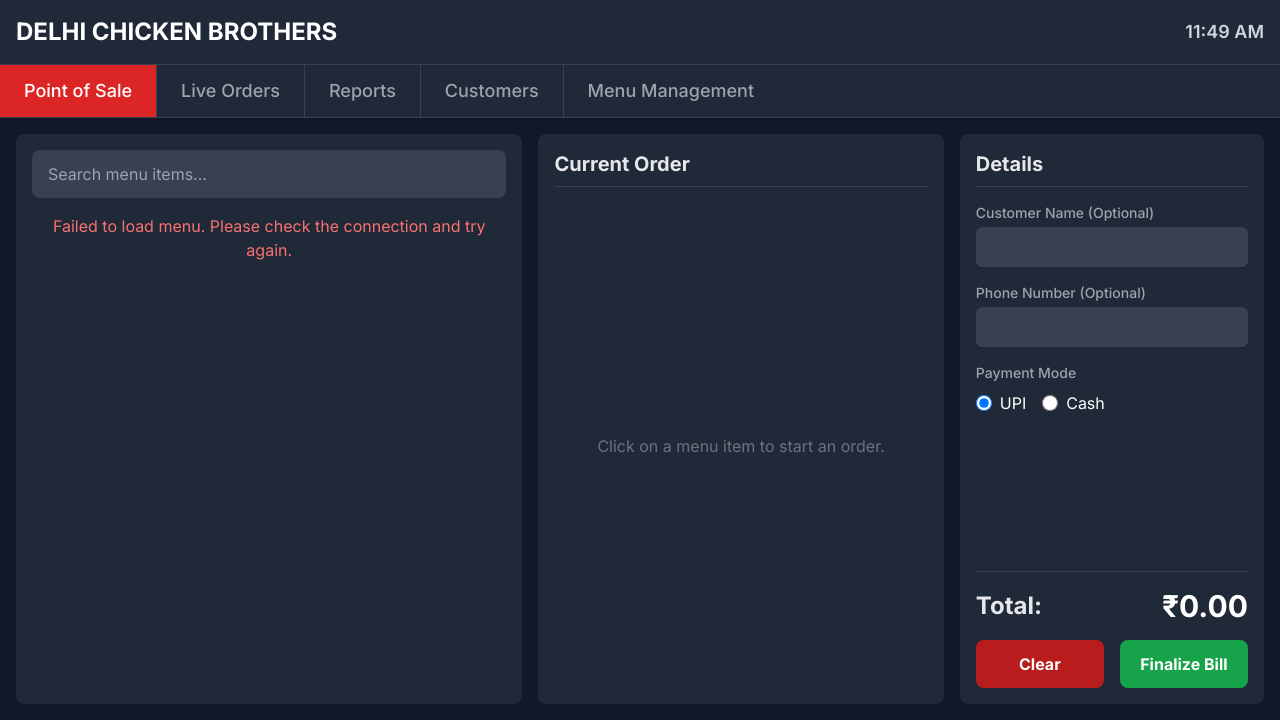
Repository: roydigital/dcb-pos-app
Page: index.html
These files come from the project's save history. The page is drawn as it stood at one moment and after a run of saves; the edit follows.
The browser window is 1280 px wide. The pictures show the whole page.
The page's requests for data from a server got no answer. Some web libraries are served in a nearby version.

Above is the page before, as saved 2025-09-18 15:45:14.

### index.html
<!DOCTYPE html>
<html lang="en">
<head>
    <meta charset="UTF-8">
    <meta name="viewport" content="width=device-width, initial-scale=1.0">
    <title>Delhi Chicken Brothers - POS</title>
    <script src="https://cdn.tailwindcss.com"></script>
    <link rel="preconnect" href="https://fonts.googleapis.com">
    <link rel="preconnect" href="https://fonts.gstatic.com" crossorigin>
    <link href="https://fonts.googleapis.com/css2?family=Inter:wght@400;500;600;700&display=swap" rel="stylesheet">
    <style>
        body {
            font-family: 'Inter', sans-serif;
        }
    </style>
</head>
<body class="bg-gray-900 text-gray-200">
    <div class="flex flex-col h-screen">
        <!-- Header -->
        <header class="bg-gray-800 p-4 flex justify-between items-center shadow-md">
            <h1 class="text-2xl font-bold text-white">DELHI CHICKEN BROTHERS</h1>
            <div id="current-time" class="text-lg font-semibold text-gray-300">11:46 AM</div>
        </header>

        <!-- Navigation Bar -->
        <nav class="bg-gray-800 border-t border-b border-gray-700">
            <div class="flex">
                <a href="index.html" class="px-6 py-3 text-lg font-medium bg-red-600 text-white border-r border-gray-700">Point of Sale</a>
                <a href="live-orders.html" class="px-6 py-3 text-lg font-medium text-gray-400 hover:bg-gray-700 border-r border-gray-700">Live Orders</a>
                <a href="reports.html" class="px-6 py-3 text-lg font-medium text-gray-400 hover:bg-gray-700 border-r border-gray-700">Reports</a>
                <a href="customers.html" class="px-6 py-3 text-lg font-medium text-gray-400 hover:bg-gray-700 border-r border-gray-700">Customers</a>
                <a href="menu-management.html" class="px-6 py-3 text-lg font-medium text-gray-400 hover:bg-gray-700">Menu Management</a>
            </div>
        </nav>

        <!-- Main Content -->
        <main class="flex-grow flex p-4 space-x-4 overflow-hidden">
            <!-- Left Column: Menu -->
            <div class="w-5/12 bg-gray-800 rounded-lg p-4 flex flex-col">
                <input type="text" id="menu-search-input" placeholder="Search menu items..." class="w-full bg-gray-700 text-white py-3 px-4 rounded-lg mb-4 focus:outline-none focus:ring-2 focus:ring-red-500">
                <div id="menu-grid" class="grid grid-cols-2 md:grid-cols-3 lg:grid-cols-4 gap-4 overflow-y-auto flex-grow">
                    <!-- Menu items will be dynamically inserted here -->
                </div>
            </div>

            <!-- Middle Column: Current Order -->
            <div class="w-4/12 bg-gray-800 rounded-lg p-4 flex flex-col">
                <h2 class="text-xl font-bold mb-4 border-b border-gray-700 pb-2">Current Order</h2>
                <div id="order-items" class="flex-grow flex items-center justify-center">
                    <p class="text-gray-500">Click on a menu item to start an order.</p>
                </div>
            </div>

            <!-- Right Column: Order Finalization -->
            <div class="w-3/12 bg-gray-800 rounded-lg p-4 flex flex-col">
                <h2 class="text-xl font-bold mb-4 border-b border-gray-700 pb-2">Details</h2>
                <div class="space-y-4">
                    <div class="relative">
                        <label for="customer-name" class="block text-sm font-medium text-gray-400">Customer Name (Optional)</label>
                        <input type="text" id="customer-name" class="mt-1 block w-full bg-gray-700 border-gray-600 rounded-md shadow-sm py-2 px-3 text-white focus:outline-none focus:ring-red-500 focus:border-red-500">
                        <div id="customer-search-results" class="absolute z-10 w-full bg-gray-800 border border-gray-600 rounded-md mt-1 shadow-lg" style="display: none;">
                            <!-- Search results will be populated here -->
                        </div>
                    </div>
                    <div>
                        <label for="phone-number" class="block text-sm font-medium text-gray-400">Phone Number (Optional)</label>
                        <input type="tel" id="phone-number" class="mt-1 block w-full bg-gray-700 border-gray-600 rounded-md shadow-sm py-2 px-3 text-white focus:outline-none focus:ring-red-500 focus:border-red-500">
                    </div>
                    <div>
                        <label class="block text-sm font-medium text-gray-400">Payment Mode</label>
                        <div class="mt-2 flex space-x-4">
                            <label class="flex items-center">
                                <input type="radio" name="payment-mode" value="upi" class="form-radio h-4 w-4 text-red-600 bg-gray-700 border-gray-600 focus:ring-red-500" checked>
                                <span class="ml-2 text-white">UPI</span>
                            </label>
                            <label class="flex items-center">
                                <input type="radio" name="payment-mode" value="cash" class="form-radio h-4 w-4 text-red-600 bg-gray-700 border-gray-600 focus:ring-red-500">
                                <span class="ml-2 text-white">Cash</span>
                            </label>
                        </div>
                    </div>
                </div>
                <div class="mt-auto pt-4 border-t border-gray-700">
                    <div class="flex justify-between items-center mb-4">
                        <span class="text-2xl font-bold">Total:</span>
                        <span id="total-amount" class="text-3xl font-bold text-white">₹0.00</span>
                    </div>
                    <div class="grid grid-cols-2 gap-4">
                        <button id="clear-order-btn" class="w-full bg-red-700 hover:bg-red-800 text-white font-bold py-3 px-4 rounded-lg">
                            Clear
                        </button>
                        <button id="finalize-bill-btn" class="w-full bg-green-600 hover:bg-green-700 text-white font-bold py-3 px-4 rounded-lg">
                            Finalize Bill
                        </button>
                    </div>
                </div>
            </div>
        </main>
    </div>

    <script>
        let currentOrder = [];
        let fullMenuList = [];

        function populateMenu(menuItemsToShow) {
            const menuGrid = document.getElementById('menu-grid');
            menuGrid.innerHTML = ''; // Clear existing items

            menuItemsToShow.forEach(item => {
                item.prices.forEach(priceInfo => {
                const button = document.createElement('button');
                button.className = 'bg-gray-700 hover:bg-red-600 text-white font-semibold py-3 px-2 rounded-lg text-sm flex flex-col justify-center items-center shadow-lg transition-colors duration-200';

                let itemName = item.name;
                if (priceInfo.size !== 'Standard') {
                    itemName += ` (${priceInfo.size})`;
                }

                const nameSpan = document.createElement('span');
                nameSpan.textContent = itemName;
                nameSpan.className = 'text-center';

                const priceSpan = document.createElement('span');
                priceSpan.textContent = `₹${priceInfo.price.toFixed(2)}`;
                priceSpan.className = 'text-lg font-bold mt-1';

                button.appendChild(nameSpan);
                button.appendChild(priceSpan);

                button.addEventListener('click', () => addToOrder(itemName, priceInfo.price));

                menuGrid.appendChild(button);
                });
            });
        }

        async function fetchAndDisplayMenu() {
            const menuGrid = document.getElementById('menu-grid');
            try {
                const response = await fetch('/api/menu');
                if (!response.ok) {
                    throw new Error(`HTTP error! status: ${response.status}`);
                }
                fullMenuList = await response.json();
                populateMenu(fullMenuList);
            } catch (error) {
                console.error("Failed to fetch menu:", error);
                menuGrid.innerHTML = `<p class="text-red-400 col-span-full text-center">Failed to load menu. Please check the connection and try again.</p>`;
            }
        }

        function addToOrder(itemName, itemPrice) {
            const existingItem = currentOrder.find(item => item.name === itemName);
            if (existingItem) {
                existingItem.quantity++;
            } else {
                currentOrder.push({ name: itemName, price: itemPrice, quantity: 1 });
            }
            renderOrder();
        }

        function renderOrder() {
            const orderItemsDiv = document.getElementById('order-items');
            orderItemsDiv.innerHTML = '';

            if (currentOrder.length === 0) {
                orderItemsDiv.innerHTML = '<p class="text-gray-500">Click on a menu item to start an order.</p>';
                orderItemsDiv.classList.add('flex', 'items-center', 'justify-center');
            } else {
                orderItemsDiv.classList.remove('flex', 'items-center', 'justify-center');
                const ul = document.createElement('ul');
                ul.className = 'space-y-2 w-full';

                currentOrder.forEach((item, index) => {
                    const li = document.createElement('li');
                    li.className = 'flex items-center justify-between bg-gray-700 p-2 rounded-md';

                    const nameAndQty = document.createElement('div');
                    nameAndQty.className = 'flex items-center';

                    const qtySpan = document.createElement('span');
                    qtySpan.textContent = `${item.quantity}x`;
                    qtySpan.className = 'font-bold mr-2';

                    const nameSpan = document.createElement('span');
                    nameSpan.textContent = item.name;

                    nameAndQty.appendChild(qtySpan);
                    nameAndQty.appendChild(nameSpan);

                    const priceAndControls = document.createElement('div');
                    priceAndControls.className = 'flex items-center';

                    const priceSpan = document.createElement('span');
                    priceSpan.textContent = `₹${(item.price * item.quantity).toFixed(2)}`;
                    priceSpan.className = 'font-bold mr-4';

                    const controls = document.createElement('div');
                    controls.className = 'flex items-center space-x-2';

                    const plusBtn = document.createElement('button');
                    plusBtn.textContent = '+';
                    plusBtn.className = 'bg-green-500 hover:bg-green-600 text-white font-bold w-6 h-6 rounded-full';
                    plusBtn.onclick = () => {
                        item.quantity++;
                        renderOrder();
                    };

                    const minusBtn = document.createElement('button');
                    minusBtn.textContent = '-';
                    minusBtn.className = 'bg-yellow-500 hover:bg-yellow-600 text-white font-bold w-6 h-6 rounded-full';
                    minusBtn.onclick = () => {
                        item.quantity--;
                        if (item.quantity === 0) {
                            currentOrder.splice(index, 1);
                        }
                        renderOrder();
                    };

                    const removeBtn = document.createElement('button');
                    removeBtn.innerHTML = '&#128465;'; // Trash can icon
                    removeBtn.className = 'bg-red-500 hover:bg-red-600 text-white font-bold w-6 h-6 rounded-full flex items-center justify-center';
                    removeBtn.onclick = () => {
                        currentOrder.splice(index, 1);
                        renderOrder();
                    };

                    controls.appendChild(plusBtn);
                    controls.appendChild(minusBtn);
                    controls.appendChild(removeBtn);

                    priceAndControls.appendChild(priceSpan);
                    priceAndControls.appendChild(controls);

                    li.appendChild(nameAndQty);
                    li.appendChild(priceAndControls);
                    ul.appendChild(li);
                });
                orderItemsDiv.appendChild(ul);
            }

            const totalAmount = currentOrder.reduce((total, item) => total + (item.price * item.quantity), 0);
            document.getElementById('total-amount').textContent = `₹${totalAmount.toFixed(2)}`;
        }

        function updateTime() {
            const timeEl = document.getElementById('current-time');
            const now = new Date();
            timeEl.textContent = now.toLocaleTimeString('en-US', { hour: '2-digit', minute: '2-digit', hour12: true });
        }

        function showTemporaryMessage(message, isError = false) {
            const messageContainer = document.createElement('div');
            messageContainer.textContent = message;
            messageContainer.className = `fixed bottom-4 right-4 px-6 py-3 rounded-lg text-white font-semibold shadow-lg ${isError ? 'bg-red-600' : 'bg-green-600'}`;

            document.body.appendChild(messageContainer);

            setTimeout(() => {
                messageContainer.remove();
            }, 3000); // Message disappears after 3 seconds
        }

        async function handleFinalizeBill() {
            if (currentOrder.length === 0) {
                showTemporaryMessage("Cannot finalize an empty order.", true);
                return;
            }

            const totalAmount = currentOrder.reduce((total, item) => total + (item.price * item.quantity), 0);
            const customerName = document.getElementById('customer-name').value;
            const customerPhone = document.getElementById('phone-number').value;
            const paymentMode = document.querySelector('input[name="payment-mode"]:checked').value;

            const orderData = {
                items: currentOrder,
                totalAmount: totalAmount,
                customerName: customerName,
                customerPhone: customerPhone,
                paymentMode: paymentMode
            };

            try {
                const response = await fetch('/api/orders', {
                    method: 'POST',
                    headers: {
                        'Content-Type': 'application/json'
                    },
                    body: JSON.stringify(orderData)
                });

                if (response.ok) {
                    const result = await response.json();
                    console.log('Order successful:', result);
                    showTemporaryMessage("Order Finalized Successfully!");

                    printReceipt(result);

                    // Clear order and inputs
                    currentOrder = [];
                    renderOrder();
                    document.getElementById('customer-name').value = '';
                    document.getElementById('phone-number').value = '';
                } else {
                    const errorData = await response.json();
                    console.error('Error finalizing order:', errorData);
                    showTemporaryMessage(`Error: ${errorData.message || 'Could not finalize order.'}`, true);
                }
            } catch (error) {
                console.error('Network or fetch error:', error);
                showTemporaryMessage("A network error occurred. Please try again.", true);
            }
        }

function printReceipt(orderData) {
  // --- NEW INCLUSIVE GST CALCULATIONS ---
  const grandTotal = orderData.totalAmount;
  const preTaxTotal = grandTotal / 1.05;
  const gstAmount = grandTotal - preTaxTotal;

  // --- CUSTOMER RECEIPT - ITEM ROWS ---
  const customerItemRows = orderData.items.map(item => `
    <tr>
      <td style="text-align: left;">${item.quantity}x ${item.name}</td>
      <td style="text-align: right;">₹${(item.price * item.quantity).toFixed(2)}</td>
    </tr>
  `).join('');

  // --- KITCHEN TICKET - ITEM ROWS (NO PRICES) ---
  const kitchenItemRows = orderData.items.map(item => `
    <tr>
      <td style="font-size: 14pt; font-weight: bold;">${item.quantity}x</td>
      <td style="font-size: 14pt;">${item.name}</td>
    </tr>
  `).join('');

  // --- CREATE THE FULL HTML FOR THE NEW WINDOW ---
  const receiptHtml = `
    <!DOCTYPE html>
    <html>
      <head>
        <title>Receipt</title>
        <style>
          body { width: 80mm; font-family: 'Courier New', monospace; font-size: 10pt; color: #000; }
          .header, .totals-section { text-align: center; }
          .header h1 { margin: 5px 0; font-size: 14pt; }
          .header p { margin: 2px 0; font-size: 9pt; }
          .items-table, .summary-table { width: 100%; border-collapse: collapse; margin-top: 10px; }
          .items-table th, .summary-table td { padding: 3px; }
          .items-table th { border-bottom: 1px dashed #000; }
          .kitchen-items-table td { padding: 4px 2px; }
          .text-right { text-align: right; }
          hr.dashed { border-top: 1px dashed #000; margin: 10px 0; }
          .cut-here { text-align: center; font-size: 9pt; margin: 40px 0; padding: 10px 0; border-top: 2px dashed #000; border-bottom: 2px dashed #000; }
        </style>
      </head>
      <body>
        <div class="header">
          <h1>Delhi Chicken Brothers</h1>
          <p>Shop 6, Aar City Regency, Gaur City 2</p>
          <p>Uttar Pradesh 201009</p>
          <p>GSTIN: 09ALRPR8561K2Z0</p>
          <p>Mobile: 9211022131</p>
        </div>
        <hr class="dashed">
        <p>Order #: ${orderData.orderNumber}</p>
        <p>Date: ${new Date(orderData.createdAt).toLocaleString('en-IN')}</p>
        <hr class="dashed">
        <table class="items-table">
          <thead>
            <tr>
              <th style="text-align: left;">Item</th>
              <th style="text-align: right;">Price</th>
            </tr>
          </thead>
          <tbody>
            ${customerItemRows}
          </tbody>
        </table>
        <hr class="dashed">
        <table class="summary-table">
          <tbody>
            <tr>
              <td>Total:</td>
              <td class="text-right">₹${grandTotal.toFixed(2)}</td>
            </tr>
            <tr>
              <td style="font-size: 8pt;">(Includes GST @ 5%):</td>
              <td class="text-right" style="font-size: 8pt;">₹${gstAmount.toFixed(2)}</td>
            </tr>
          </tbody>
        </table>
        <div class="totals-section" style="margin-top: 10px;">
            <p>Thank you for your order!</p>
        </div>
        <div class="cut-here">
          --- < CUT HERE > ---
        </div>

        <div class="header">
            <h1 style="font-size: 18pt;">KITCHEN TICKET</h1>
            <p style="font-size: 14pt;">Order #: ${orderData.orderNumber}</p>
            <p style="font-size: 9pt;">${new Date(orderData.createdAt).toLocaleTimeString('en-IN')}</p>
        </div>
        <hr class="dashed">
        <table class="kitchen-items-table">
            <tbody>
                ${kitchenItemRows}
            </tbody>
        </table>
        </body>
    </html>
  `;

  // --- Use the New Window Method to Print ---
  const printWindow = window.open('', '_blank');
  printWindow.document.write(receiptHtml);
  printWindow.document.close();
  printWindow.focus();
  setTimeout(() => {
    printWindow.print();
    printWindow.close();
  }, 250);
}

        document.getElementById('clear-order-btn').addEventListener('click', () => {
            currentOrder = [];
            renderOrder();
        });

        document.getElementById('finalize-bill-btn').addEventListener('click', handleFinalizeBill);

        const customerNameInput = document.getElementById('customer-name');
        const customerSearchResults = document.getElementById('customer-search-results');
        const phoneNumberInput = document.getElementById('phone-number');

        customerNameInput.addEventListener('input', async (e) => {
            const searchText = e.target.value;

            if (searchText.length < 2) {
                customerSearchResults.innerHTML = '';
                customerSearchResults.style.display = 'none';
                return;
            }

            try {
                const response = await fetch(`/api/customers/search?q=${encodeURIComponent(searchText)}`);
                if (!response.ok) {
                    throw new Error('Customer search failed');
                }
                const customers = await response.json();

                customerSearchResults.innerHTML = '';
                if (customers.length > 0) {
                    customers.forEach(customer => {
                        const resultItem = document.createElement('div');
                        resultItem.className = 'p-2 hover:bg-gray-700 cursor-pointer';
                        resultItem.textContent = `${customer.name} - ${customer.phone}`;
                        resultItem.dataset.name = customer.name;
                        resultItem.dataset.phone = customer.phone;
                        customerSearchResults.appendChild(resultItem);
                    });
                    customerSearchResults.style.display = 'block';
                } else {
                    customerSearchResults.style.display = 'none';
                }
            } catch (error) {
                console.error('Error fetching customers:', error);
                customerSearchResults.innerHTML = '';
                customerSearchResults.style.display = 'none';
            }
        });

        customerSearchResults.addEventListener('click', (e) => {
            if (e.target.dataset.name) {
                customerNameInput.value = e.target.dataset.name;
                phoneNumberInput.value = e.target.dataset.phone;
                customerSearchResults.innerHTML = '';
                customerSearchResults.style.display = 'none';
            }
        });

        customerNameInput.addEventListener('blur', () => {
            // Delay hiding to allow click event to register
            setTimeout(() => {
                customerSearchResults.innerHTML = '';
                customerSearchResults.style.display = 'none';
            }, 150);
        });

        document.addEventListener('click', (e) => {
            if (!customerNameInput.contains(e.target) && !customerSearchResults.contains(e.target)) {
                customerSearchResults.innerHTML = '';
                customerSearchResults.style.display = 'none';
            }
        });

        document.getElementById('menu-search-input').addEventListener('input', (e) => {
            const searchTerm = e.target.value.toLowerCase();
            const filteredMenu = fullMenuList.filter(item => item.name.toLowerCase().includes(searchTerm));
            populateMenu(filteredMenu);
        });

        // Initial calls
        fetchAndDisplayMenu();
        updateTime();
        setInterval(updateTime, 1000); // Update time every second
    </script>
</body>
</html>

After the next 2 saves:
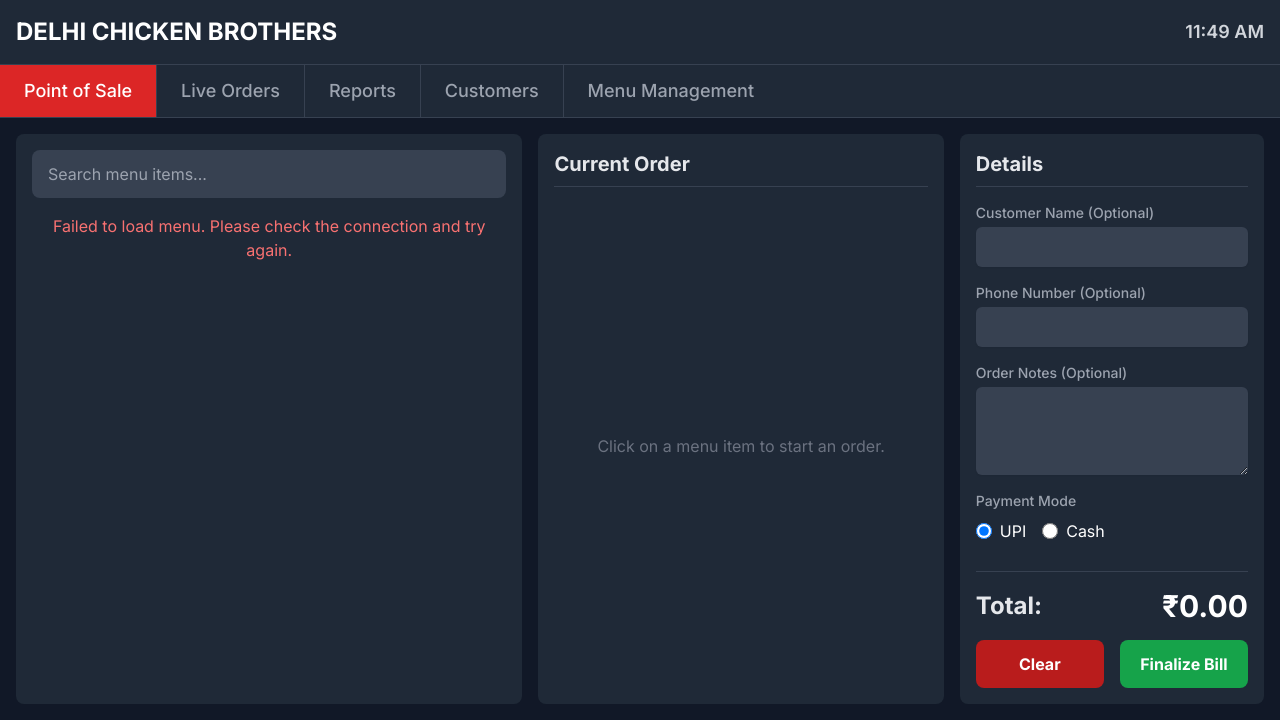
The 2 saves are shown as one change because they came seconds apart.
The last was saved 23 s later.
--- a/index.html
+++ b/index.html
@@ -65,6 +65,10 @@
                     <div>
                         <label for="phone-number" class="block text-sm font-medium text-gray-400">Phone Number (Optional)</label>
                         <input type="tel" id="phone-number" class="mt-1 block w-full bg-gray-700 border-gray-600 rounded-md shadow-sm py-2 px-3 text-white focus:outline-none focus:ring-red-500 focus:border-red-500">
+                    </div>
+                    <div>
+                        <label for="order-notes" class="block text-sm font-medium text-gray-400">Order Notes (Optional)</label>
+                        <textarea id="order-notes" rows="3" class="mt-1 block w-full bg-gray-700 border-gray-600 rounded-md shadow-sm py-2 px-3 text-white focus:outline-none focus:ring-red-500 focus:border-red-500"></textarea>
                     </div>
                     <div>
                         <label class="block text-sm font-medium text-gray-400">Payment Mode</label>
@@ -271,13 +275,15 @@
             const customerName = document.getElementById('customer-name').value;
             const customerPhone = document.getElementById('phone-number').value;
             const paymentMode = document.querySelector('input[name="payment-mode"]:checked').value;
+            const notes = document.getElementById('order-notes').value;
 
             const orderData = {
                 items: currentOrder,
                 totalAmount: totalAmount,
                 customerName: customerName,
                 customerPhone: customerPhone,
-                paymentMode: paymentMode
+                paymentMode: paymentMode,
+                notes: notes
             };
 
             try {
@@ -301,6 +307,7 @@
                     renderOrder();
                     document.getElementById('customer-name').value = '';
                     document.getElementById('phone-number').value = '';
+                    document.getElementById('order-notes').value = '';
                 } else {
                     const errorData = await response.json();
                     console.error('Error finalizing order:', errorData);
